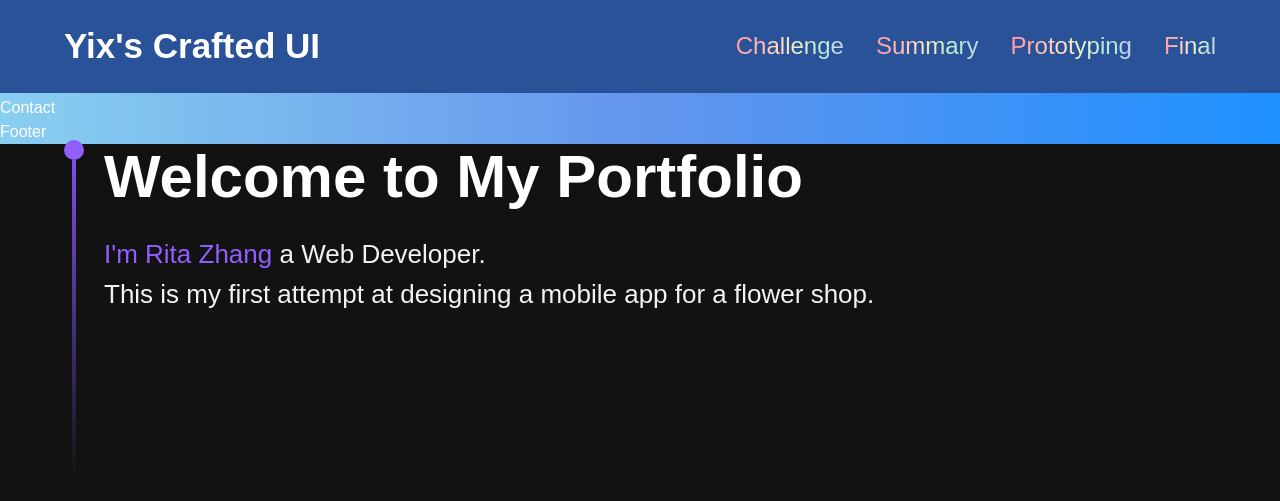
Repository: Tracy-maker/UI-design
Page: /
An editor plug-in stored every save of this project. The page is shown before and after the next save, followed by the edit.
The browser window is 1280 px wide. The pictures show the whole page.
Some web fonts or font styles are not loaded; a fallback is used. The project was rebuilt for these pictures with package versions that can differ from the ones it lists, and the page was loaded fresh each time. Also part of the build but not shown: vite.config.js.

Above is the page before, as saved 2024-05-29 22:55:20.

After the next save:
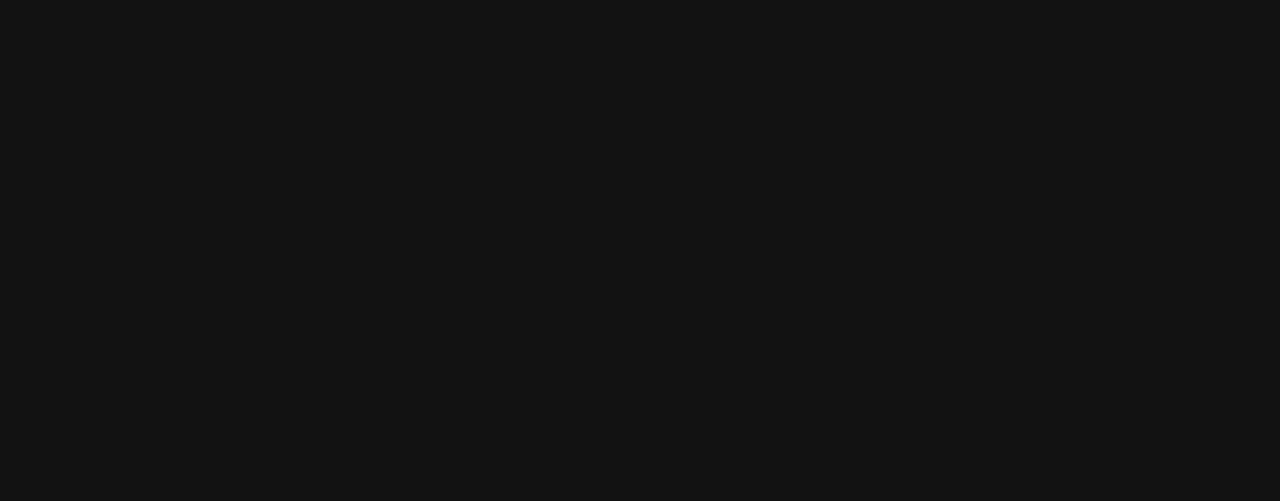
Console error: ReferenceError: logo is not defined
Saved 3 min 22 s later.
--- a/src/components/Navbar.jsx
+++ b/src/components/Navbar.jsx
@@ -23,7 +23,7 @@
           }}
         >
           <p className="text-white text-[35px] font-bold cursor-pointer flex ">
-            Yix&apos;s&nbsp;
+            Yi     <img src={logo} alt='logo' className='w-9 h-9 object-contain' />&apos;s&nbsp;
             <span className="sm:block hidden"> Crafted UI </span>
           </p>
         </Link>

After the 3 saves that followed:
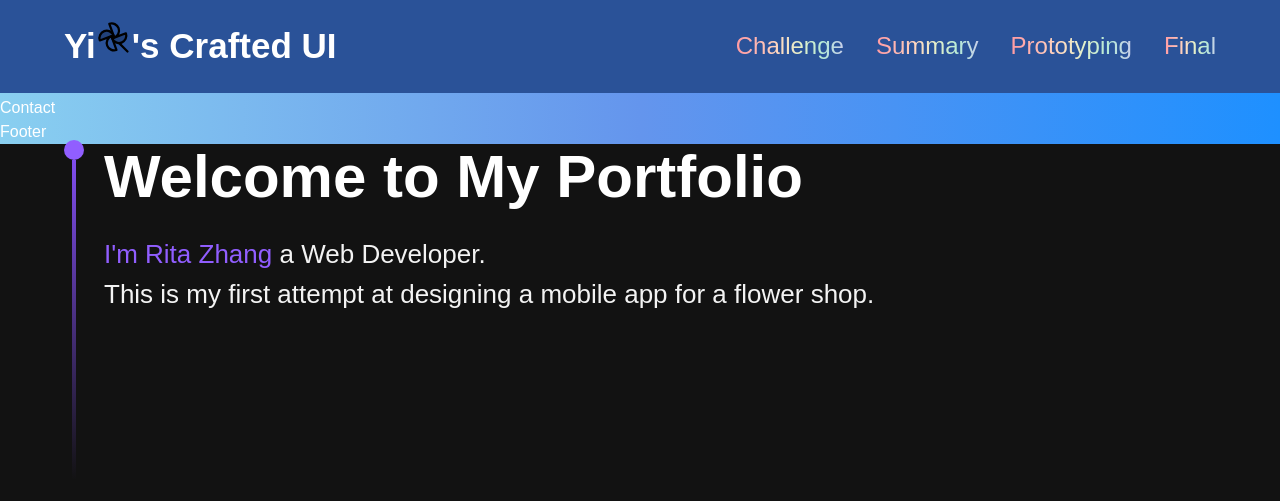
The error is gone.
The 3 saves are shown as one change because 2 did not build or start.
The last was saved 2 min 40 s later.
--- a/src/components/Navbar.jsx
+++ b/src/components/Navbar.jsx
@@ -4,6 +4,7 @@
 import close from "../assets/close.svg";
 import styles from "../styles.js";
 import { navLinks } from "./constants/index.js";
+import pinwheel from "../assets/pinwheel.svg";
 
 const Navbar = () => {
   const [active, setActive] = useState("");
@@ -23,7 +24,9 @@
           }}
         >
           <p className="text-white text-[35px] font-bold cursor-pointer flex ">
-            Yi     <img src={logo} alt='logo' className='w-9 h-9 object-contain' />&apos;s&nbsp;
+            Yi{" "}
+            <img src={pinwheel} alt="logo" className="w-9 h-9 object-contain" />
+            &apos;s&nbsp;
             <span className="sm:block hidden"> Crafted UI </span>
           </p>
         </Link>
